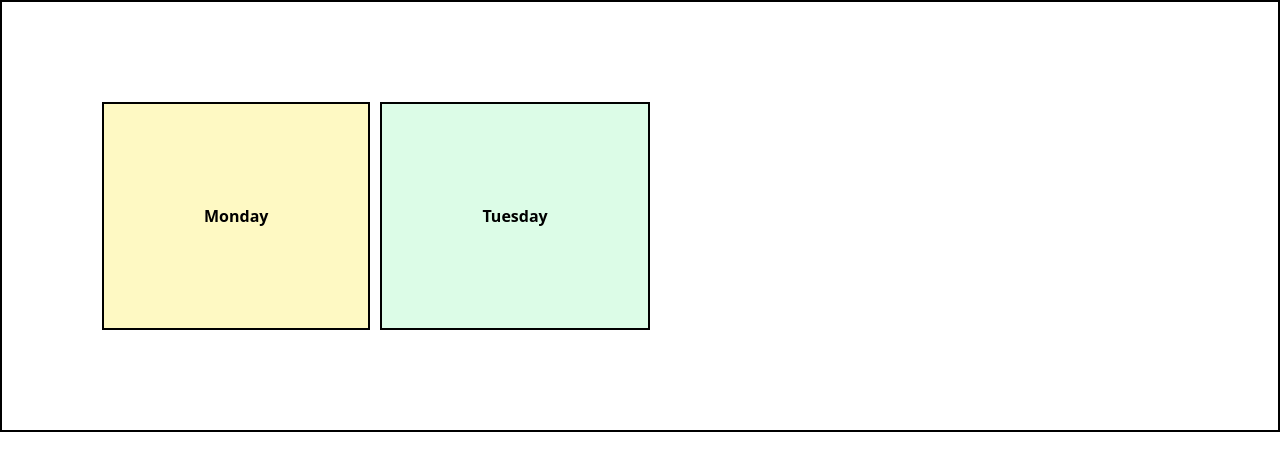
Repository: AfzalHaq61/tailwind-deep
Page: http://localhost/
These files come from the project's save history. The page is drawn as it stood at one moment and after the next save; the edit follows.
The browser window is 1280 px wide. The pictures show the whole page.
The page is served by the project's Laravel application, run on PHP 8.4 with Laravel 9. Style sheets and scripts are compiled from the project's sources, by tool versions that may differ from the author's.

Above is the page before, as saved 2022-12-24 17:21:24.

After the next save:
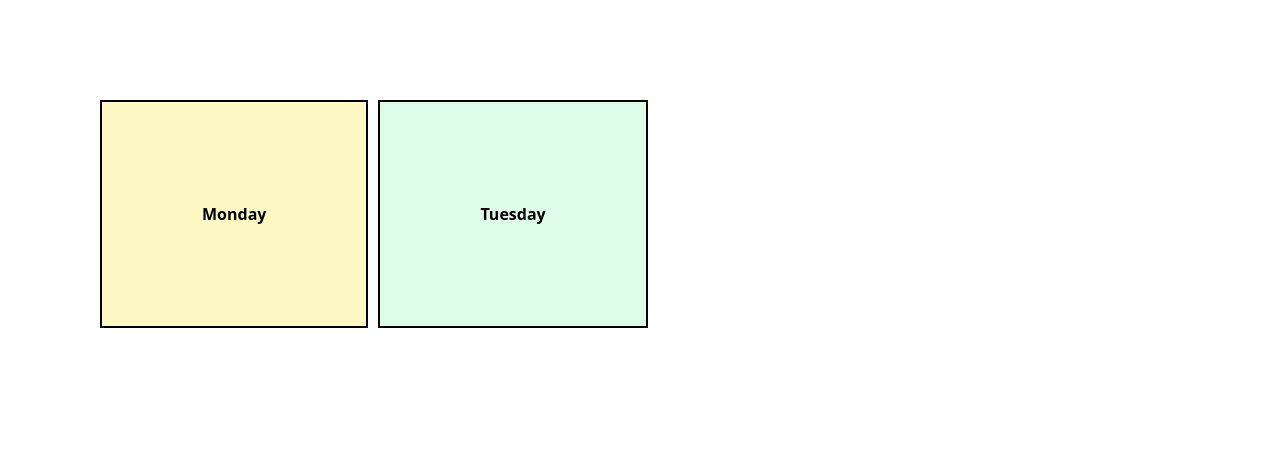
Saved 19 s later.
--- a/resources/views/welcome.blade.php
+++ b/resources/views/welcome.blade.php
@@ -8,7 +8,7 @@
 </head>
 
 <body>
-    <div class="flex p-[100px] border-2 border-black">
+    <div class="flex p-[100px]">
         <div class="bg-yellow-100 p-[100px] border-2 border-black mr-[10px]">
             <h1 class="font-bold">Monday</h1>
         </div>
